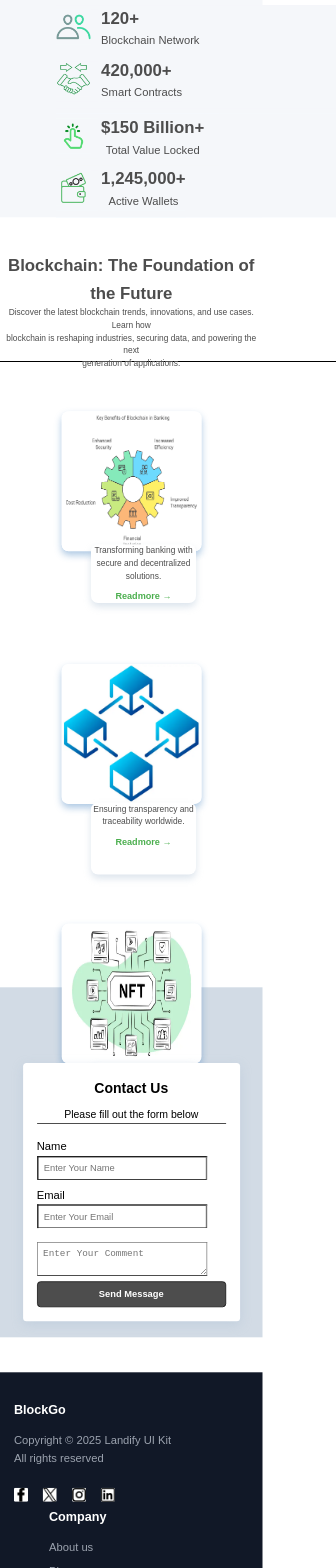
Repository: Tafsirul555/Assignment
Page: Assignment/index.html
The author's editor kept a copy of each file at every save. The page is drawn from the files as they stood at one save, then again after a run of saves.
The browser window is 375 px wide. The page is 480 px wide, so the pictures cover 480 px, including what lies to the right of the window. The pictures show the part of the page from y = 2389 to 4629 px (the page is 5110 px tall), at 70% of full size.

Above is the page before, as saved 2025-06-12 23:34:35.

After the next 2 saves:
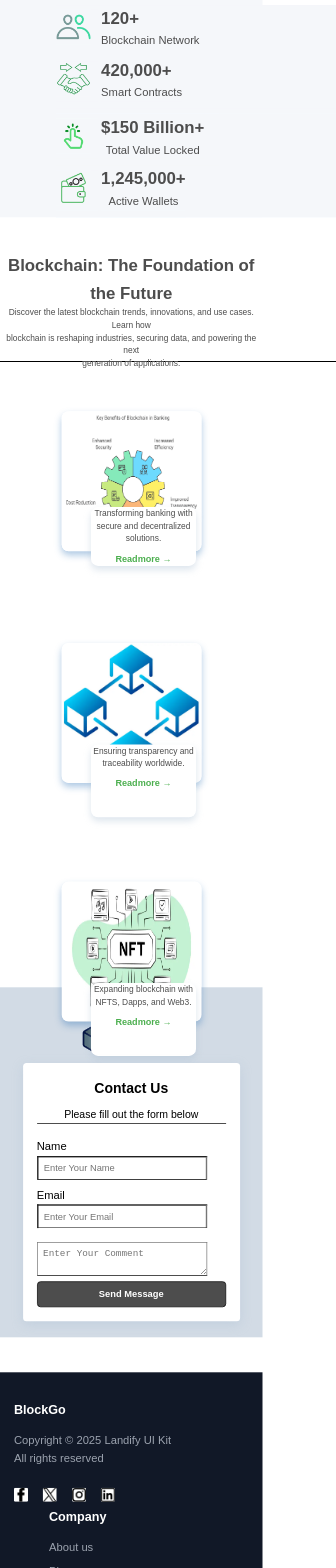
The 2 saves are shown as one change because they came seconds apart.
The last was saved 11 s later.
--- a/Assignment/Assignment1.css
+++ b/Assignment/Assignment1.css
@@ -513,7 +513,7 @@ article img{
     .BlockchainFuture-box3 .text3 {
         text-align: center;
         position: relative;
-        margin-top: -150px;
+        margin-top: -180px;
        margin-left: 130px;
 
     }
